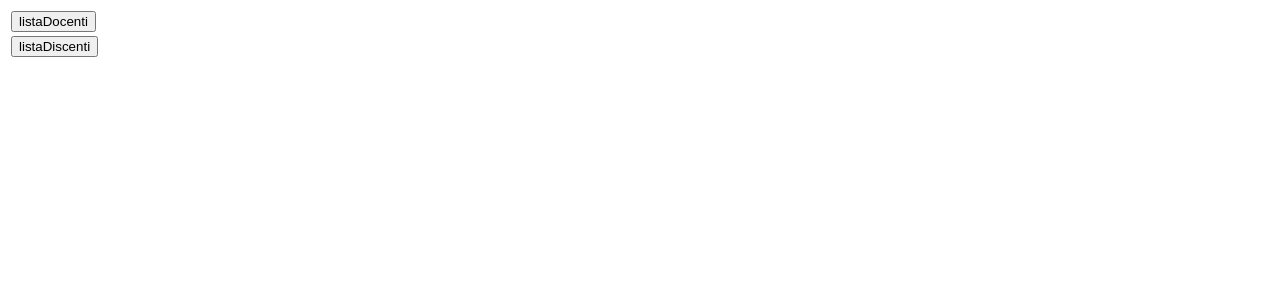
Repository: daneleprivitelli/progettoEJB
Page: http://localhost/ProjectJEE/Main/Main.jsp
An editor plug-in stored every save of this project. The page is shown before and after the next save, followed by the edit.
The browser window is 1280 px wide. The pictures show the whole page.
The page is served by Tomcat 9. Other server files are loaded and not shown.

Above is the page before, as saved 2021-12-10 14:09:40.

### ProjectJEE/src/main/webapp/Main/Main.jsp
<%@ page language="java" contentType="text/html; charset=ISO-8859-1"
    pageEncoding="ISO-8859-1"%>
<!DOCTYPE html>
<html>
<head>
<meta charset="ISO-8859-1">
<title>Main menu</title>
</head>
<body>
<form method="post" action="/ProjectJEE/CtrlMain">
 <table>
 <tr>
  <td>
   <input type="submit" name="formOk" value="listaDocenti">
  </td>
 </tr>
 <!-- <tr>
  <td>
   <input type="submit" name="formOk" value="insertDocenti">
  </td>
 </tr>-->
 <!-- <tr>
  <td>
   <input type="submit" name="formOk" value="deleteDocenti">
  </td>
 </tr>-->
 <!-- <tr>
  <td>
   <input type="submit" name="formOk" value="updateDocenti">
  </td>
 </tr>-->
  <tr>
  <td>
   <input type="submit" name="formOk" value="listaDiscenti">
  </td>
 </tr>
 <!-- <tr>
  <td>
   <input type="submit" name="formOk" value="insertDiscenti">
  </td>
 </tr>-->
 <!-- <tr>
  <td>
   <input type="submit" name="formOk" value="deleteDiscenti">
  </td>
 </tr>-->
 <!-- <tr>
  <td>
   <input type="submit" name="formOk" value="updateDiscenti">
  </td>
 </tr>-->
 </table>
</form>
</body>
</html>

After the next save:
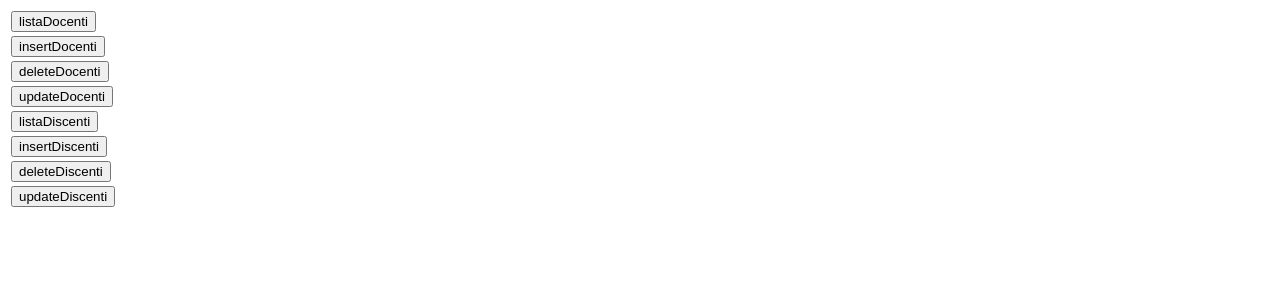
Saved 7 min 25 s later.
--- a/ProjectJEE/src/main/webapp/Main/Main.jsp
+++ b/ProjectJEE/src/main/webapp/Main/Main.jsp
@@ -14,41 +14,41 @@
    <input type="submit" name="formOk" value="listaDocenti">
   </td>
  </tr>
- <!-- <tr>
+ <tr>
   <td>
    <input type="submit" name="formOk" value="insertDocenti">
   </td>
- </tr>-->
- <!-- <tr>
+ </tr>
+ <tr>
   <td>
    <input type="submit" name="formOk" value="deleteDocenti">
   </td>
- </tr>-->
- <!-- <tr>
+ </tr>
+ <tr>
   <td>
    <input type="submit" name="formOk" value="updateDocenti">
   </td>
- </tr>-->
+ </tr>
   <tr>
   <td>
    <input type="submit" name="formOk" value="listaDiscenti">
   </td>
  </tr>
- <!-- <tr>
+  <tr>
   <td>
    <input type="submit" name="formOk" value="insertDiscenti">
   </td>
- </tr>-->
- <!-- <tr>
+ </tr>
+  <tr>
   <td>
    <input type="submit" name="formOk" value="deleteDiscenti">
   </td>
- </tr>-->
- <!-- <tr>
+ </tr>
+ <tr>
   <td>
    <input type="submit" name="formOk" value="updateDiscenti">
   </td>
- </tr>-->
+ </tr>
  </table>
 </form>
 </body>
